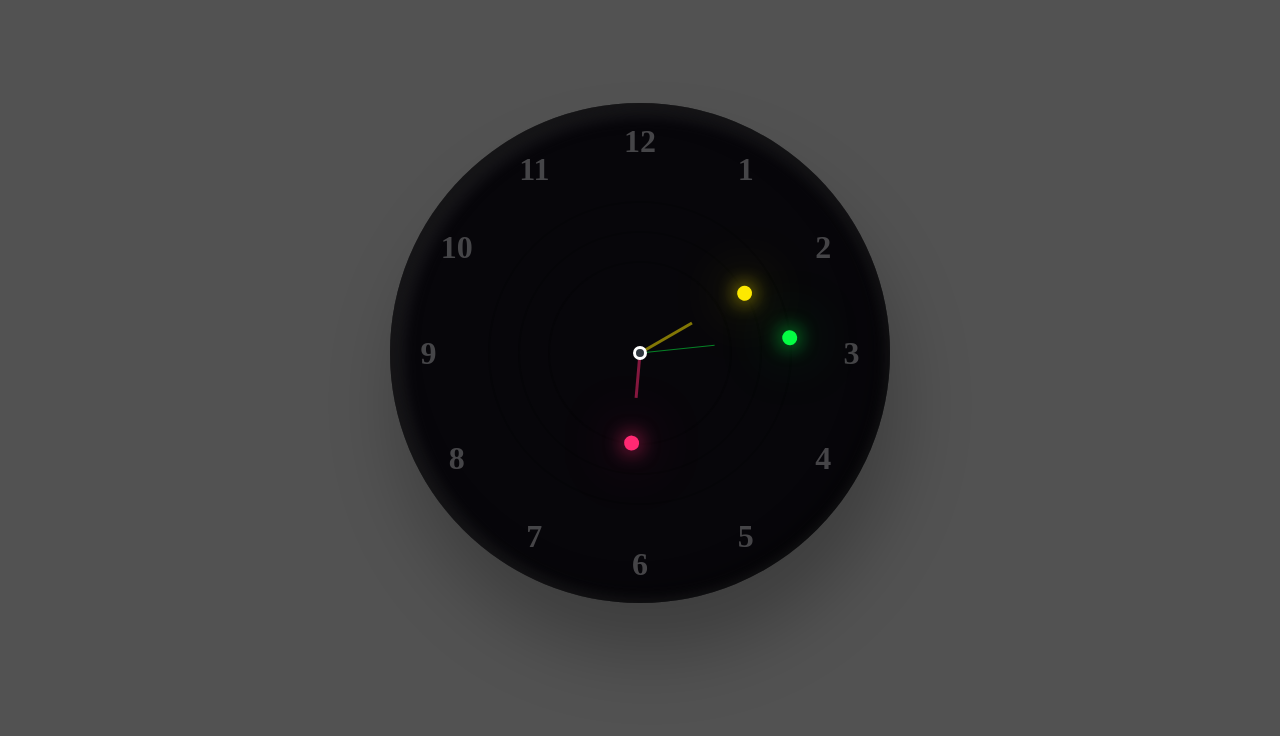
Repository: manthanparekh/animated-clock
Page: index.html
An editor plug-in stored every save of this project. The page is shown before and after the next save, followed by the edit.
The browser window is 1280 px wide. The pictures show the whole page.

Above is the page before, as saved 2023-07-01 15:48:05.
Console error: TypeError: Cannot set properties of null (setting 'innerHTML')

After the next save:
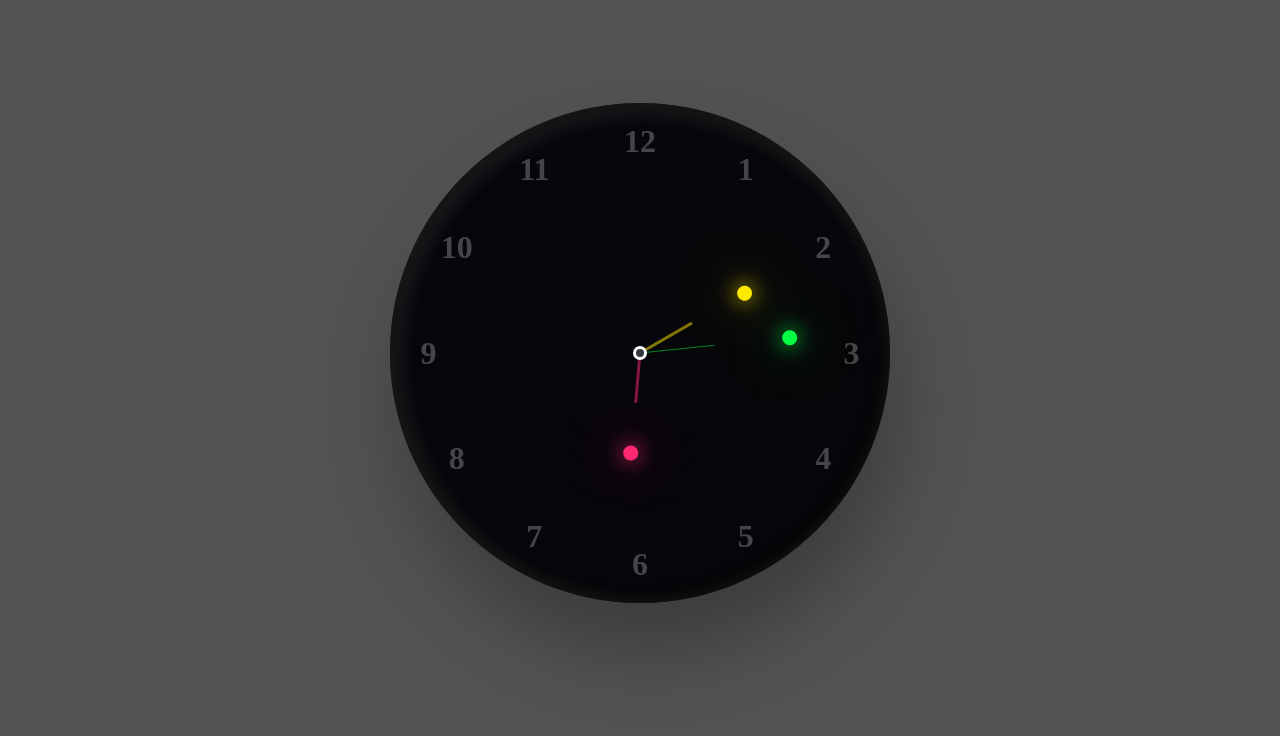
Saved 3 h 0 min later.
--- a/style.css
+++ b/style.css
@@ -109,7 +109,7 @@ body
 .circle3
 {
     width: 180px;
-    height: 180px;
+    height: 200px;
     z-index: 8;
 }
 
